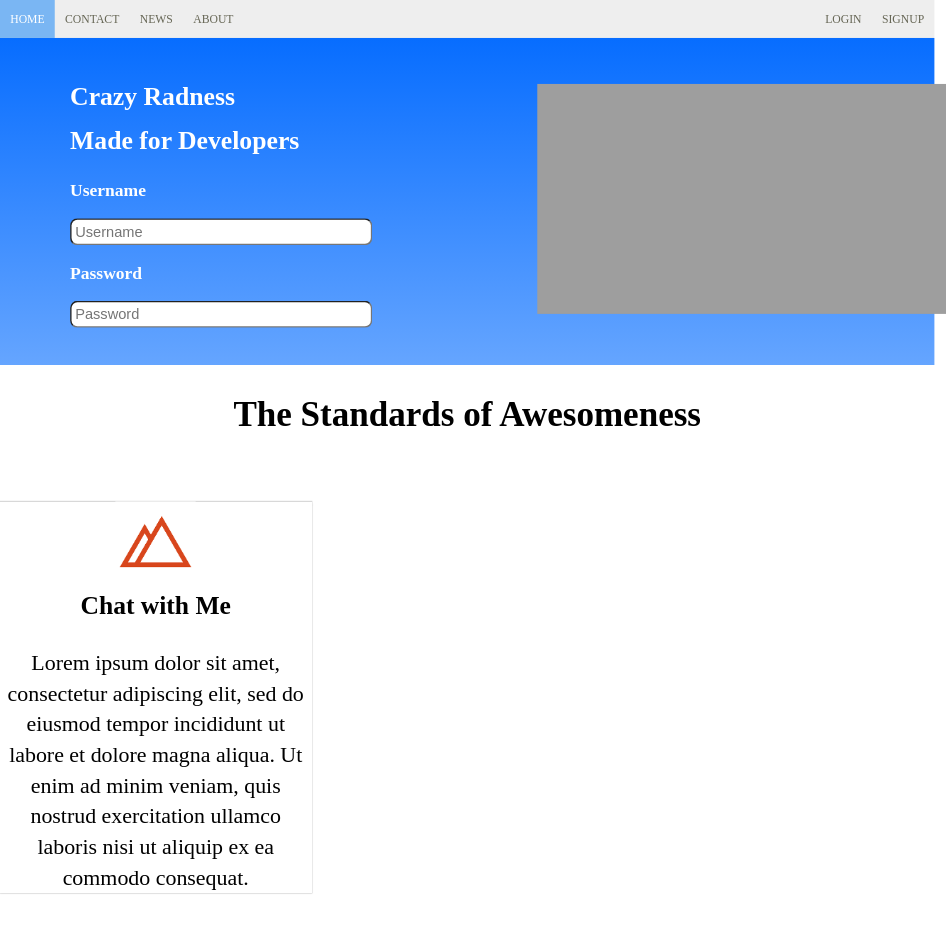
Repository: jesar-enl/My-CSS-Website
Page: index.html
These files come from the project's save history. The page is drawn as it stood at one moment and after a run of saves; the edit follows.
The browser window is 1280 px wide. The page is 1296 px wide, so the pictures cover 1296 px, including what lies to the right of the window. The pictures show the whole page, at 73% of full size.
Pictures or frames that could not be fetched are drawn as grey boxes.

Above is the page before, as saved 2022-07-27 12:54:42.

### index.html
<!DOCTYPE html>
<html lang="en">
  <head>
    <meta charset="UTF-8" />
    <meta http-equiv="X-UA-Compatible" content="IE=edge" />
    <meta name="viewport" content="width=device-width, initial-scale=1.0" />
    <title>My CSS website</title>
    <link rel="stylesheet" href="style.css" />
  </head>
  <body>
    <nav>
      <ul class="topnav" id="dropdownClick">
        <li><a href="#home">Home</a></li>
        <li><a href="#contact">Contact</a></li>
        <li><a href="#news">News</a></li>
        <li><a href="#about">About</a></li>
        <li class="topnav-right"><a href="#signup">SignUp</a></li>
        <li class="topnav-right"><a href="#login">LogIn</a></li>

        <!--
          This unicode is called 'Trigram for Heaven'.
          It can be used to hide the menu when we shrink the screen to a mobile sized.

          Thousands of unicode characters can be accessed from the unicode table 'https://unicode-table.com/en/'
        -->

        <li class="dropdown">
          <!--
            Having the href like this is to inform the browser
            that perform this link as a javascript command,
            heading to nowhere. Stay around this page.
          -->

          <a href="javascript:void(0);" onclick="handleClick()">&#9776;</a>
        </li>
      </ul>
    </nav>

    <div class="container" id="section-1-gradient">
      <div class="row">
        <div class="col-6">
          <div class="leftSideCol">
            <h1 class="large">Crazy Radness</h1>
            <h1 class="large">Made for Developers</h1>
          </div>
          <form action="">
            <div class="leftSideCol">
              <h2>Username</h2>
              <input
                type="text"
                class="inputbox"
                placeholder="Username"
                name="username"
              />
              <h2>Password</h2>
              <input type="password" name="password" placeholder="Password" />
            </div>
          </form>
        </div>
        <div class="col-6">
          <div class="rightSideCol videoContainer">
            <iframe
              width="560"
              height="315"
              src="https://www.youtube.com/embed/ZxKM3DCV2kE"
              title="YouTube video player"
              frameborder="0"
              allow="accelerometer; autoplay; clipboard-write; encrypted-media; gyroscope; picture-in-picture"
              allowfullscreen
            ></iframe>
          </div>
        </div>
      </div>
    </div>

    <header>
      <h1 class="section-2-header">The Standards of Awesomeness</h1>
    </header>

    <div class="container">
      <div class="row">
        <div class="col-4">
          <div class="box">
            <div class="icon">
              <img class="dev" src="devslopes.png" alt="dev icon" />
            </div>
            <label for="">Chat with Me</label>
            <p>
              Lorem ipsum dolor sit amet, consectetur adipiscing elit, sed do
              eiusmod tempor incididunt ut labore et dolore magna aliqua. Ut
              enim ad minim veniam, quis nostrud exercitation ullamco laboris
              nisi ut aliquip ex ea commodo consequat.
            </p>
          </div>
        </div>
      </div>
    </div>
    <script src="index.js"></script>
  </body>
</html>

### style.css
/* ########## Defaults ########### */

nav,
header,
footer {
  display: block;
}

body {
  line-height: 1.5;
  margin: 0;
}

label {
  font-size: 35px;
  font-weight: 800;
}

p {
  font-size: 30px;
  line-height: 1.4;
}

.container {
  width: 100%;
  margin: auto;
  padding-top: 4%;
  padding-bottom: 4%;
}

.row {
  width: 100%;
  display: flex;
  flex-wrap: wrap;
  align-items: center;
}

.row::after {
  display: table;
  clear: both;
  content: '';
}

.col-1 {
  width: 8.33%;
}
.col-2 {
  width: 16.66%;
}
.col-3 {
  width: 25%;
}
.col-4 {
  width: 33.33%;
}
.col-5 {
  width: 41.66%;
}
.col-6 {
  width: 50%;
}
.col-7 {
  width: 58.33%;
}
.col-8 {
  width: 66.66%;
}
.col-9 {
  width: 75%;
}
.col-10 {
  width: 83.33%;
}
.col-11 {
  width: 91.66%;
}
.col-12 {
  width: 100%;
}

/* ######### Navigation Bar ######## */

nav {
  width: 100%;
  margin: 0;
}

nav ul {
  background-color: #eee;
  overflow: hidden;
  margin: 0;
  padding: 0;
}
/* the list-style removes the bullet points from the list items */
ul.topnav li {
  list-style: none;
  float: left;
}

ul.topnav li.topnav-right {
  float: right;
}

ul.topnav li a {
  display: block;
  text-decoration: none;
  min-height: 1.5rem;
  text-align: center;
  padding: 14px;
  text-transform: uppercase;
  color: #665;
}

ul.topnav li a:hover {
  background-color: #7ab6f3;
  color: #fff;
}

.dropdown {
  display: none;
}

/* #################### Custom styles ################## */

#section-1-gradient {
  background: #076dff;
  background: -webkit-gradient(#076dff, #65a5ff);
  background: -o-linear-gradient(#076dff, #65a5ff);
  background: -moz-linear-gradient(#076dff, #65a5ff);
  background: linear-gradient(#076dff, #65a5ff);
}

.box {
  text-align: center;
  width
  background-color: #fff;
  /*
    The "box-shadow" syntax is as follows:

    box-shadow: horizontal-length vertical-length blur-radius spread-radius rgba(r, g, b, opacity);
  */
  box-shadow: 0 0 0 1px rgba(0, 0, 0, 0.15), 0 2px 3px 0 rgba(0, 0, 0, 0.1);
}

.leftSideCol {
  margin-left: 15%;
}

.rightSideCol {
  margin-left: 15%;
}

.large {
  color: #fff;
  font-size: 2.2rem;
  margin: 0;
  line-height: 1.7;
}

.section-2-header {
  font-size: 3rem;
  text-align: center;
}

input[type='text'] {
  font-size: 20px;
  width: 400px;
  min-width: 100px;
  padding: 5px;
  border-radius: 10px;
}

form h2 {
  color: #fff;
}

input[type='password'] {
  font-size: 20px;
  width: 400px;
  padding: 5px;
  min-width: 100px;
  border-radius: 10px;
}

.icon {
  width: 100%;
}

.dev {
  width: 110px;
  height: 110px;
}

/* ############ Media Query ########### */

@media screen and (max-width: 680px) {
  /*
    This tells the browser to hide all the list
    elements of the nav bar except the first one.
  */

  ul.topnav li:not(:nth-child(1)) {
    display: none;
  }

  ul.topnav li.dropdown {
    display: block;
    float: right;
  }

  ul.topnav.responsive li.dropdown {
    position: absolute;
    top: 0;
    right: 0;
  }

  ul.topnav.responsive {
    position: relative;
  }

  /* Places the list items in a row manner. */
  ul.topnav.responsive li {
    display: inline;
    float: none;
  }

  ul.topnav.responsive li a {
    /* displays the items in a manner of stacking on top of each other. */
    display: block;
    text-align: left;
  }

  .col-6 {
    width: 100%;
    margin: 0;
  }

  .rightSideCol {
    margin-top: 5%;
  }

  .videoContainer iframe {
    position: relative;
    width: 100%;
    margin: 0;
    overflow: hidden;
  }

  leftSideCol,
  rightSideCol {
    margin: 15px;
  }

  input[type='text'] {
    width: 300px;
  }

  input[type='password'] {
    width: 300px;
  }
}

@media screen and (max-width: 890px) {
  /*
    This tells the browser to hide all the list
    elements of the nav bar except the first one.
  */

  ul.topnav li:not(:nth-child(1)) {
    display: none;
  }

  ul.topnav li.dropdown {
    display: block;
    float: right;
  }

  ul.topnav.responsive li.dropdown {
    position: absolute;
    top: 0;
    right: 0;
  }

  ul.topnav.responsive {
    position: relative;
  }

  /* Places the list items in a row manner. */
  ul.topnav.responsive li {
    display: inline;
    float: none;
  }

  ul.topnav.responsive li a {
    /* displays the items in a manner of stacking on top of each other. */
    display: block;
    text-align: left;
  }

  .col-6 {
    width: 100%;
    margin: 0;
  }

  .rightSideCol {
    margin-top: 5%;
    max-width: 300px;
  }

  .videoContainer iframe {
    position: relative;
    width: 100%;
  }
}

### index.js
function handleClick() {
  var list = document.getElementById('dropdownClick');
  if (list.className === 'topnav') {
    list.className += ' responsive';
    // change topnav to topnav.responsive
  } else {
    list.className = 'topnav';
  }
}

After the next 2 saves:
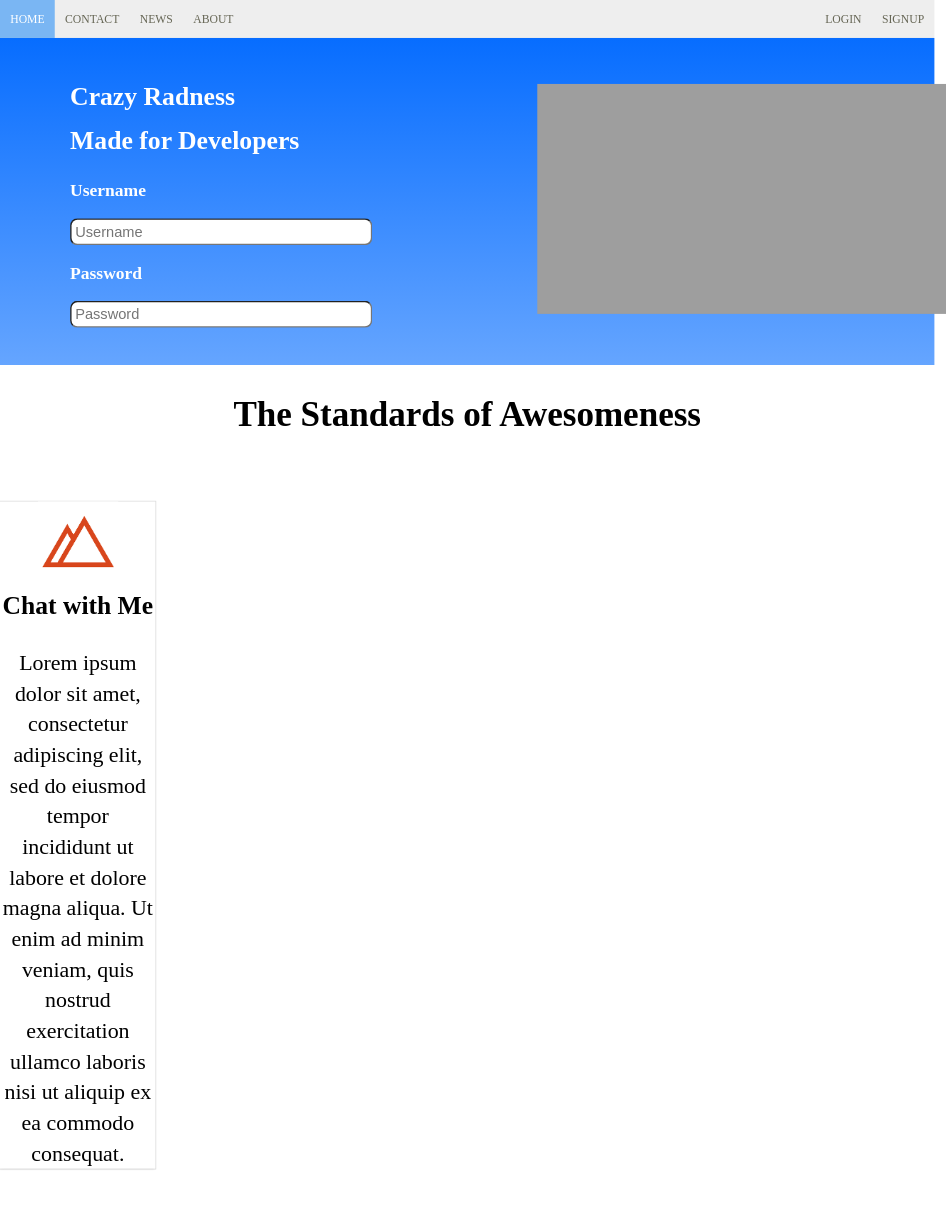
The 2 saves are shown as one change because they came seconds apart.
The last was saved 10 s later.
--- a/style.css
+++ b/style.css
@@ -132,7 +132,7 @@ ul.topnav li a:hover {
 
 .box {
   text-align: center;
-  width
+  width: 50%;
   background-color: #fff;
   /*
     The "box-shadow" syntax is as follows:
